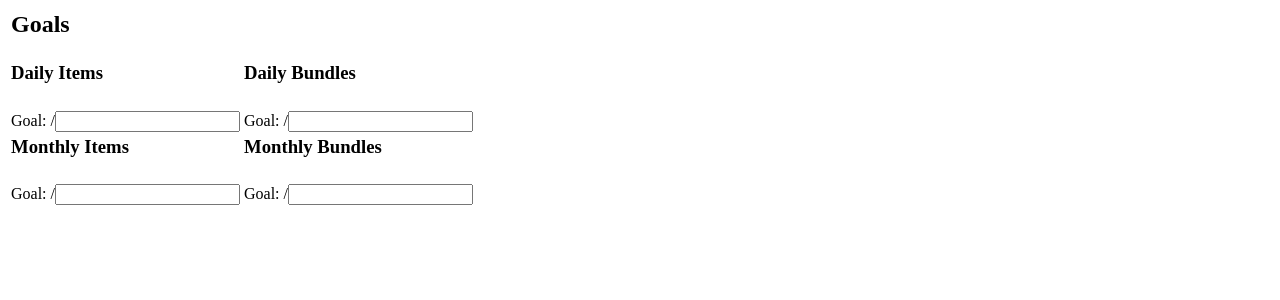
Repository: arjay07/AlineNotebook
Page: app/views/goalstable.html
The author's editor kept a record of every edit. The page is drawn from the files as they stood at one moment, then again after the next edit.
The browser window is 1280 px wide. The pictures show the whole page.

Above is the page before.

### app/views/goalstable.html
<table id="goalstable">
    <tr><td colspan="2"><h2>Goals</h2></h3></td></td></tr>
    <tr>
        <td><h3>Daily Items</h3></td>
        <td><h3>Daily Bundles</h3></td>
    </tr>
    <tr>
        <td><div id="digcirc"></div></td>
        <td><div id="dbgcirc"></div></td>
    </tr>
    <tr>
        <td>Goal: <span id="di"></span>/<input id="dig" type="number"/></td>
        <td>Goal: <span id="bb"></span>/<input id="dbg" type="number"/></td>
    </tr>
    <tr>
        <td><h3>Monthly Items</h3></td>
        <td><h3>Monthly Bundles</h3></td>
    </tr>
    <tr>
        <td><div id="migcirc"></div></td>
        <td><div id="mbgcirc"></div></td>
    </tr>
    <tr>
        <td>Goal: <span id="mi"></span>/<input id="mig" type="number"/></td>
        <td>Goal: <span id="mb"></span>/<input id="mbg" type="number"/></td>
    </tr>
</table>

After the next edit:
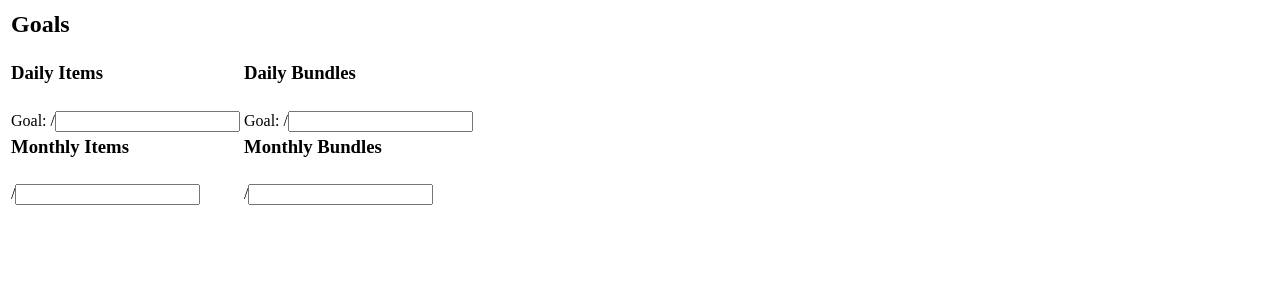
The edit:
--- a/app/views/goalstable.html
+++ b/app/views/goalstable.html
@@ -21,7 +21,7 @@
         <td><div id="mbgcirc"></div></td>
     </tr>
     <tr>
-        <td>Goal: <span id="mi"></span>/<input id="mig" type="number"/></td>
-        <td>Goal: <span id="mb"></span>/<input id="mbg" type="number"/></td>
+        <td><span id="mi"></span>/<input id="mig" type="number"/></td>
+        <td><span id="mb"></span>/<input id="mbg" type="number"/></td>
     </tr>
 </table>
